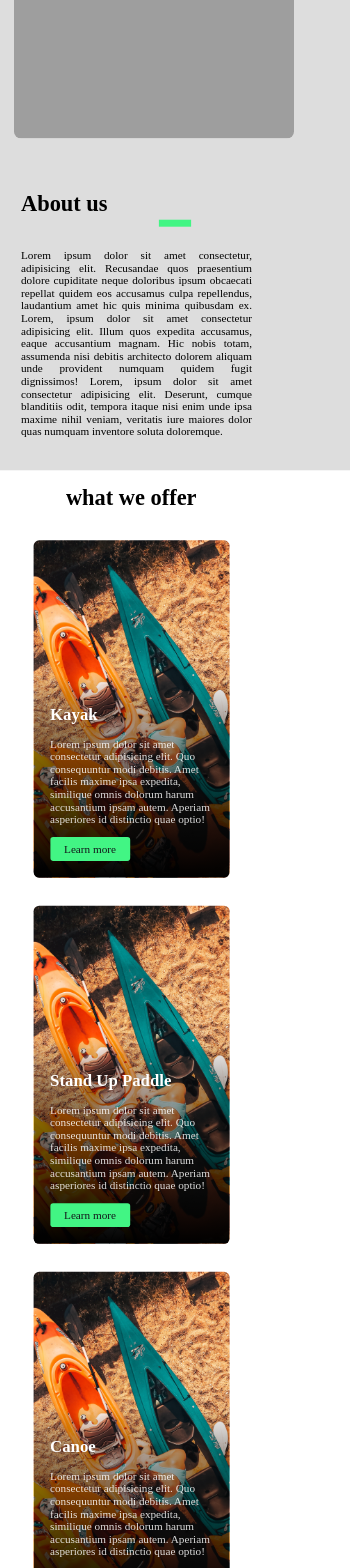
Repository: joseluis2289/Responsive-club-website
Page: index.html
The author's editor kept a copy of each file at every save. The page is drawn from the files as they stood at one save, then again after a run of saves.
The browser window is 375 px wide. The page is 500 px wide, so the pictures cover 500 px, including what lies to the right of the window. The pictures show the part of the page from y = 1277 to 3517 px (the page is 4427 px tall before and 4397 px after), at 70% of full size.
Pictures or frames that could not be fetched are drawn as grey boxes.

Above is the page before, as saved 2021-08-24 13:06:37.

After the next 5 saves:
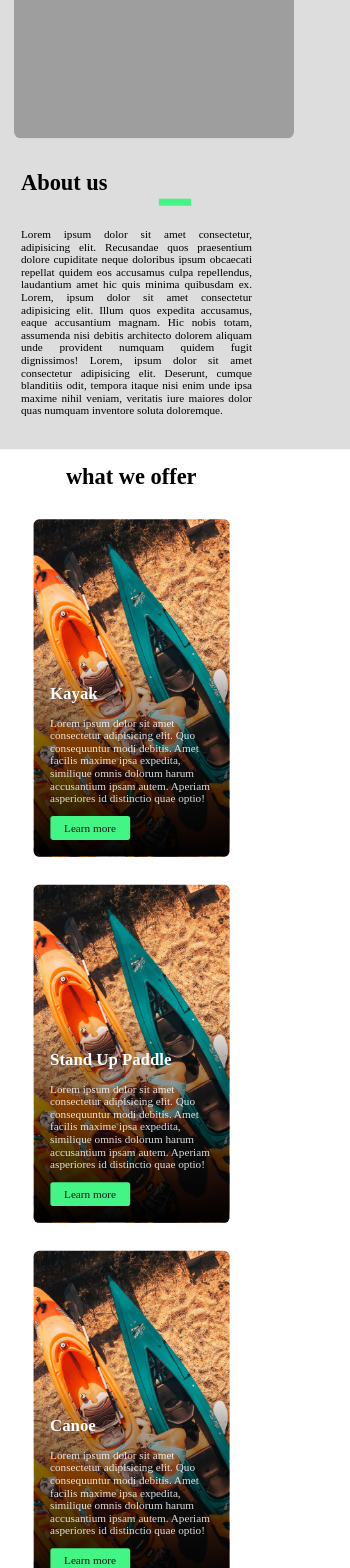
The 5 saves are shown as one change because they came seconds apart.
The last was saved 22 s later.
--- a/style.css
+++ b/style.css
@@ -409,7 +409,7 @@ input#submit{
         width: 500px;
     }
     .grid-item-img{
-        margin: 0 auto 40px 0px ;
+        margin: 0 20px 10px 0px ;
     }
     .aboutUs-title{
 
